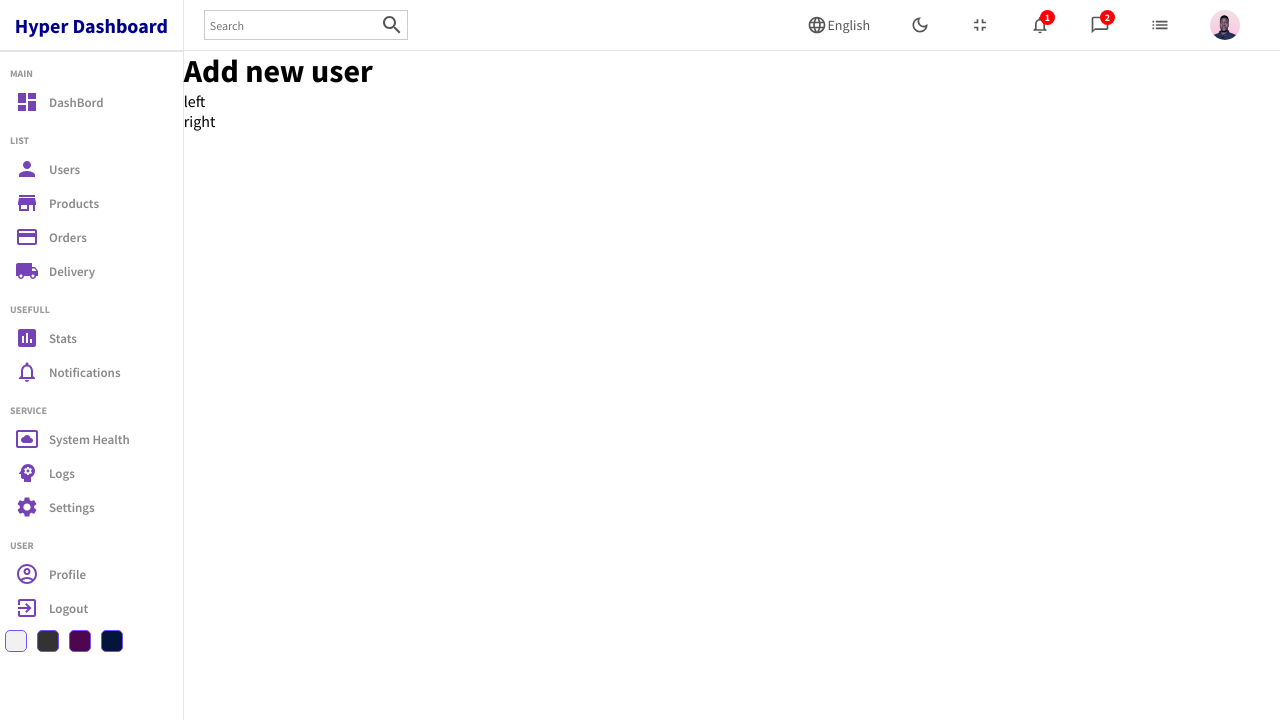
Repository: kenyi-mic/DashBoard
Page: /users/new
These files come from the project's save history. The page is drawn as it stood at one moment and after the next save; the edit follows.
The browser window is 1280 px wide. The pictures show the whole page.
The project was rebuilt for these pictures with package versions that can differ from the ones it lists, and the page was loaded fresh each time. Also part of the build but not shown: src/pages/home/home.scss, src/pages/home/Home.jsx, src/pages/list/list.scss, src/components/datatable/datatable.scss, src/datatableSource.js, src/components/datatable/Datatable.jsx, src/pages/list/List.jsx, src/pages/single/single.scss and 6 more.

Above is the page before, as saved 2022-05-24 14:02:21.

### public/index.html
<!DOCTYPE html>
<html lang="en">

<head>
  <meta charset="utf-8" />
  <meta name="viewport" content="width=device-width, initial-scale=1" />
  <meta name="theme-color" content="#000000" />
  <meta name="description" content="Web site created using create-react-app" />
  <link rel="preconnect" href="https://fonts.googleapis.com">
  <link rel="preconnect" href="https://fonts.gstatic.com" crossorigin>
  <link
    href="https://fonts.googleapis.com/css2?family=Nunito:wght@200;300;400;500;600;700;800;900&family=Source+Sans+Pro:wght@200;300;400;600;700;900&display=swap"
    rel="stylesheet">
  <title>Hyper Dashboard</title>
  <style>
    * {
      margin: 0;
      font-family: 'Nunito', sans-serif;
      font-family: 'Source Sans Pro', sans-serif;
    }
  </style>
</head>

<body>
  <div id="root"></div>

</body>

</html>

### src/App.js
import { BrowserRouter, Routes, Route } from "react-router-dom";
import Home from "./pages/home/Home";
import List from "./pages/list/List";
import Single from "./pages/single/Single";
import New from "./pages/new/New";
import { Login } from "./pages/login/Login";

function App() {
  return (
    <div className="App">
      <BrowserRouter>
        <Routes>
          <Route path="/">
            <Route index element={<Home />} />
            <Route path="login" element={<Login />} />
            <Route path="users">
              <Route index element={<List />} />
              <Route path=":userId" element={<Single />} />
              <Route path="new" element={<New />} />
            </Route>
            <Route path="products">
              <Route index element={<List />} />
              <Route path=":productId" element={<Single />} />
              <Route path="new" element={<New />} />
            </Route>
          </Route>
        </Routes>
      </BrowserRouter>
    </div>
  );
}

export default App;

### src/pages/new/New.jsx
import React from "react";
import "./new.scss";
import Header from "../../components/Header/Header";
import Sidebar from "../../components/sidebar/Sidebar";

const New = () => {
  return (
    <div className="new">
      <Sidebar />
      <div className="newContainer">
        <Header />
        <div className="top">
          <h1>Add new user</h1>
        </div>
        <div className="bottom">
          <div className="left">left</div>
          <div className="right">right</div>
        </div>
      </div>
    </div>
  );
};

export default New;

### src/components/Header/Header.jsx
import React from "react";
import "./header.scss";
import {
  Search,
  DarkModeOutlined,
  LanguageOutlined,
  FullscreenExitOutlined,
  ChatBubbleOutlineOutlined,
  ListOutlined,
  NotificationsNoneOutlined,
} from "@mui/icons-material";

function Header() {
  return (
    <div className="header">
      <div className="wrapper">
        <div className="search">
          <input type="text" className="searchInput" placeholder="Search" />
          <Search />
        </div>
        <div className="items">
          <div className="item">
            <LanguageOutlined className="icon" />
            English
          </div>
          <div className="item">
            <DarkModeOutlined className="icon" />
          </div>
          <div className="item">
            <FullscreenExitOutlined className="icon" />
          </div>
          <div className="item">
            <NotificationsNoneOutlined className="icon" />
            <div className="counter">1</div>
          </div>
          <div className="item">
            <ChatBubbleOutlineOutlined className="icon" />
            <div className="counter">2</div>
          </div>
          <div className="item">
            <ListOutlined className="icon" />
          </div>
          <div className="item">
            <img src="./image/mike.png" alt="" className="avatar" />
          </div>
        </div>
      </div>
    </div>
  );
}

export default Header;

### src/components/sidebar/Sidebar.jsx
import React from "react";
import "./sidebar.scss";
import {
  Dashboard,
  Person,
  Store,
  LocalShipping,
  Payment,
  InsertChart,
  NotificationsNone,
  SettingsSystemDaydream,
  Psychology,
  Settings,
  AccountCircleOutlined,
  ExitToAppOutlined,
} from "@mui/icons-material";

function Sidebar() {
  return (
    <div className="sidebar">
      <div className="top">
        <span className="logo">Hyper Dashboard</span>
      </div>
      <hr className="ruler" />
      <div className="center">
        <ul className="list-group">
          <p className="title">MAIN</p>
          <li>
            <Dashboard className="icon" />
            <span>DashBord</span>
          </li>
          <p className="title">LIST</p>
          <li>
            <Person className="icon" />
            <span>Users</span>
          </li>
          <li>
            <Store className="icon" />
            <span>Products</span>
          </li>
          <li>
            <Payment className="icon" />
            <span>Orders</span>
          </li>
          <li>
            <LocalShipping className="icon" />
            <span>Delivery</span>
          </li>
          <p className="title">USEFULL</p>
          <li>
            <InsertChart className="icon" />
            <span>Stats</span>
          </li>
          <li>
            <NotificationsNone className="icon" />
            <span>Notifications</span>
          </li>
          <p className="title">SERVICE</p>
          <li>
            <SettingsSystemDaydream className="icon" />
            <span>System Health</span>
          </li>
          <li>
            <Psychology className="icon" />
            <span>Logs</span>
          </li>
          <li>
            <Settings className="icon" />
            <span>Settings</span>
          </li>
          <p className="title">USER</p>
          <li>
            <AccountCircleOutlined className="icon" />
            <span>Profile</span>
          </li>
          <li>
            <ExitToAppOutlined className="icon" />
            <span>Logout</span>
          </li>
        </ul>
      </div>
      <div className="bottom">
        <div className="colorOption"></div>
        <div className="colorOption"></div>
        <div className="colorOption"></div>
        <div className="colorOption"></div>
      </div>
    </div>
  );
}

export default Sidebar;

### src/pages/new/new.scss
.new {
    display: flex;
    width: 100%;

    .newContainer {

        flex: 6;
    }
}

### src/components/Header/header.scss
.header{
    height:50px;
    display: flex;
    justify-content: space-between;
    align-items:center;
    border-bottom: 0.5px solid rgb(230, 227, 227);
    font-size: 14px;
    color:#555;
    .wrapper{
        display:flex;
        justify-content: space-between;
        align-items:center;
        width: 100%;
        padding:20px;
        .search{
            display: flex;
            justify-content:center;
            align-items:center;
            border: 0.5px solid #ccc;
            padding: 2px 3px;
            .searchInput{
                border:none;
                outline: none;
                background-color: transparent;
                &::placeholder{
                    font-size:12px;
                }
            }
        }
        .items{
            display: flex;
            align-items: center;
            justify-content:center;
            .item{
                display: flex;
                align-items: center;
                justify-content: center;
                margin: 0px 20px;
                position: relative;
                cursor: pointer;

                .icon{
                    font-size:20px;
                }
                .avatar{
                    width: 30px;
                    height: 30px;
                    border-radius: 50%;
                }
                .counter{
                    width: 15px;
                    height: 15px;
                    background-color: red;
                    color:white;
                    border-radius: 50%;
                    display: flex;
                    font-size: 10px;
                    font-weight: bold;
                    align-items: center;
                    justify-content: center;
                    position:absolute;
                    top: -5px;
                    right: -5px;
                }
            }




        }
    }
}

### src/components/sidebar/sidebar.scss
.sidebar{
    flex: 1;
    border-right: 0.5px solid rgb(230, 227, 227);
    min-height: 100vh;
    background-color:white !important;
    .top{
        height:50px;
        display: flex;
        align-items: center;
        justify-content: center;
        .logo{
            font-size: 20px;
            font-weight: bold;
            color: darkblue;
        }
    }
    hr{
        height: 0px;
        border: 0.5px solid rgb(230, 227, 227);
    }

    .center{
        padding-left: 10px;
        ul{
            list-style: none;
            margin: 0px;
            padding: 0px;
            .title{
                font-size:10px;
                font-weight:bold;
                color:#999;
                margin-top: 15px;
                margin-bottom:5px;
            }
            li{
                display: flex;
                align-items: center;
                padding: 5px;
                &:hover{
                    background-color:rgb(212, 212, 224);
                }
                .icon{
                    font: size 18px;
                    color: rgb(117, 67, 182)

                }
                span{
                    font-size:13px;
                    font-weight: 600;
                    color:#888;
                    margin-left:10px;
                }
            }
        }
    }
    .bottom{
        display: flex;
        .colorOption{
            width: 20px;
            height:20px;
            border-radius:5px;
            border: 1px solid #7451f8;
            cursor: pointer;
            margin: 5px;
            &:nth-child(1){
                background-color: #f1f1f1;
            }
            &:nth-child(2){
                background-color: #333;
            }
            &:nth-child(3){
                background-color: #4e064e;
            }
            &:nth-child(4){
                background-color: #04153a;
            }
        }
    }
}

Loaded but not shown: src/index.js (common file); src/pages/login/login.scss (no stored copy; drawn as an empty file)

After the next save:
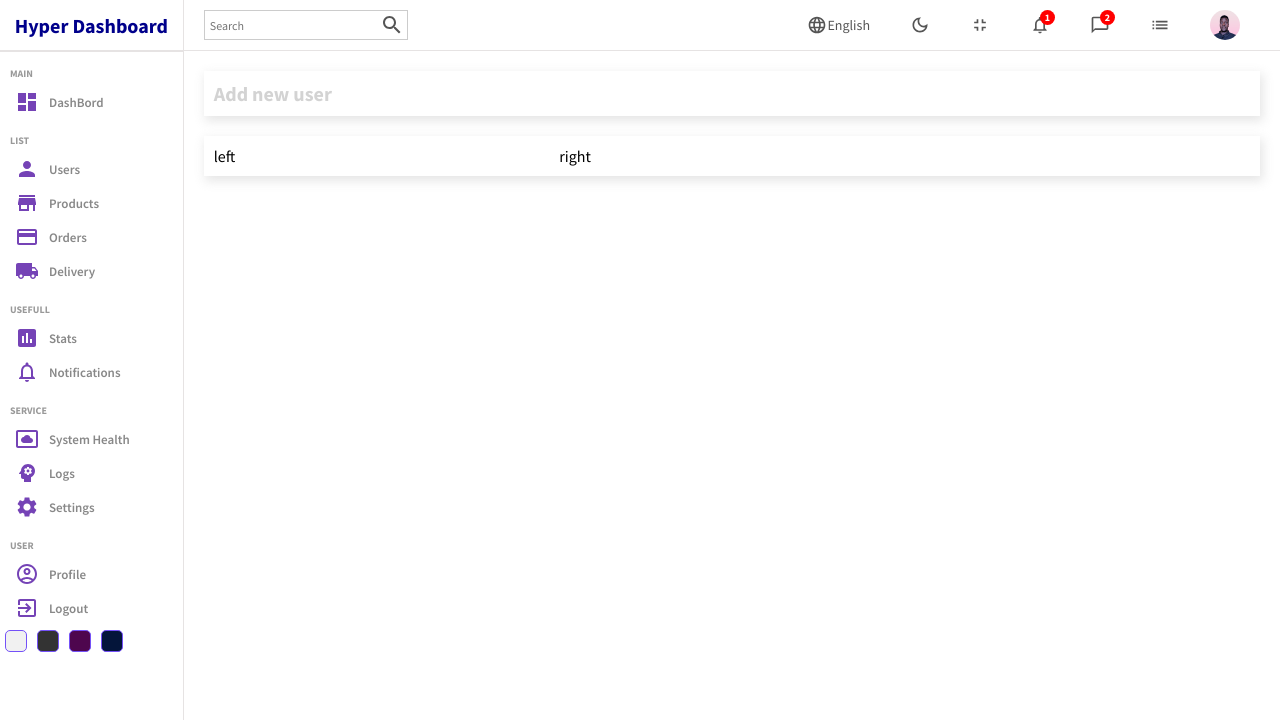
Saved 5 min 31 s later.
--- a/src/pages/new/new.scss
+++ b/src/pages/new/new.scss
@@ -5,5 +5,27 @@
     .newContainer {
 
         flex: 6;
+
+        .top,
+        .bottom {
+            -webkit-box-shadow: 2px 4px 10px 1px rgba(0, 0, 0, 0.47);
+            box-shadow: 2px 4px 10px 1px rgba(201, 201, 201, 0.47);
+            padding: 10px;
+            margin: 20px;
+            display: flex;
+
+            h1 {
+                color: lightgrey;
+                font-size: 20px;
+            }
+
+            .left {
+                flex: 1;
+            }
+
+            .right {
+                flex: 2;
+            }
+        }
     }
 }
